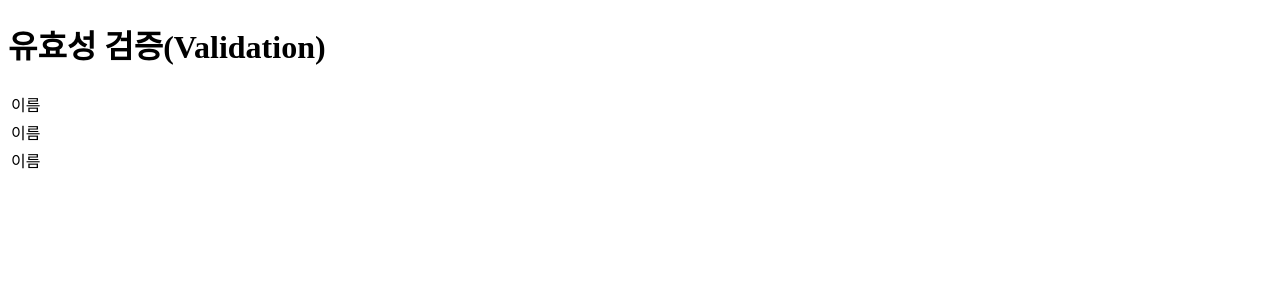
Repository: brotherdoor/myworkplace
Page: http://localhost/AjaxWithXML/validation.jsp
An editor plug-in stored every save of this project. The page is shown before and after the next save, followed by the edit.
The browser window is 1280 px wide. The pictures show the whole page.
Some web libraries are served in a nearby version. The page is served by Tomcat 9.

Above is the page before, as saved 2017-03-10 02:33:28.

After the next save:
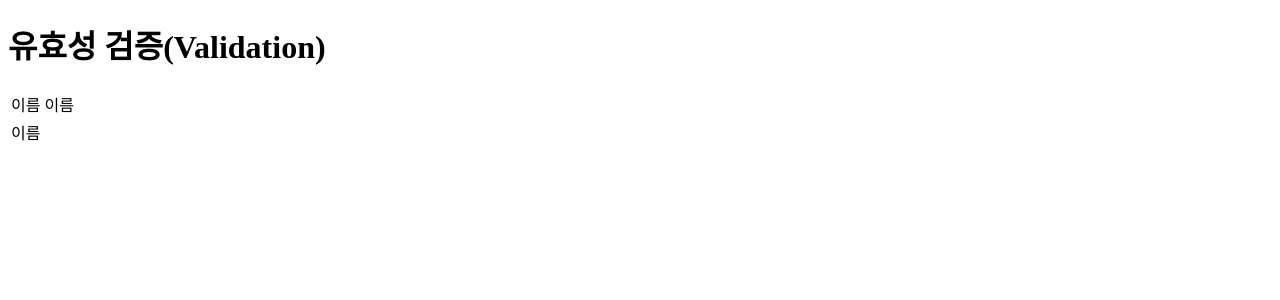
Saved 10 s later.
--- a/mybatis/AjaxWithXML/WebContent/validation.jsp
+++ b/mybatis/AjaxWithXML/WebContent/validation.jsp
@@ -12,7 +12,7 @@
 	<h1>유효성 검증(Validation)</h1>
 	<table>
 	<td>이름</td>
-	<tr><td>이름</td></tr>
+	<td>이름</td>
 	<tr><td>이름</td></tr>
 	</table>
 

After the save that followed:
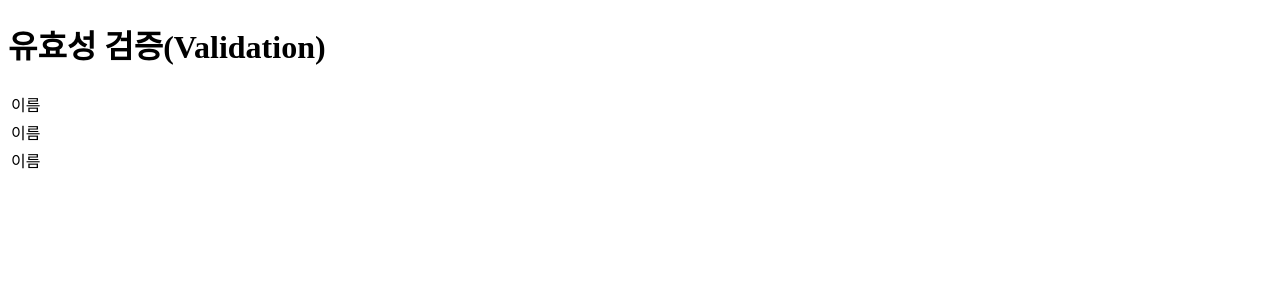
Saved 9 s later.
--- a/mybatis/AjaxWithXML/WebContent/validation.jsp
+++ b/mybatis/AjaxWithXML/WebContent/validation.jsp
@@ -11,8 +11,8 @@
 <body>
 	<h1>유효성 검증(Validation)</h1>
 	<table>
-	<td>이름</td>
-	<td>이름</td>
+	<tr><td>이름</td></tr>
+	<tr><td>이름</td></tr>
 	<tr><td>이름</td></tr>
 	</table>
 
